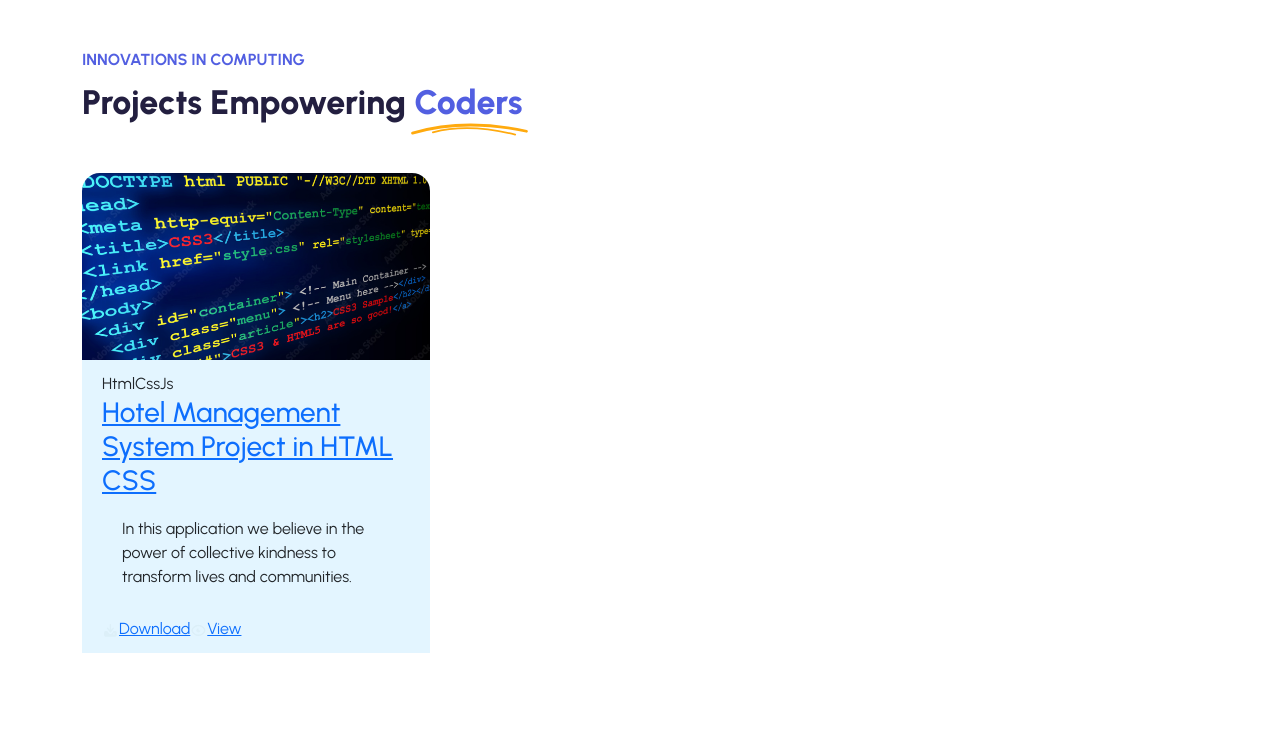
Repository: sharma171/jtccreativeideas
Page: /newsection (app in nextjssite/)
The author's editor kept a copy of each file at every save. The page is drawn from the files as they stood at one save, then again after the next save.
The browser window is 1280 px wide. The pictures show the whole page.
The project was rebuilt for these pictures with package versions that can differ from the ones it lists, and the page was loaded fresh each time. The framework's server and built-in components were replaced by stand-ins that run in the browser. Also part of the build but not shown: nextjssite/next.config.mjs.

Above is the page before, as saved 2024-03-28 12:56:11.

### nextjssite/src/app/layout.js
// import { Inter } from "next/font/google";
// import "./globals.css";
import 'bootstrap/dist/css/bootstrap.min.css';

// const inter = Inter({ subsets: ["latin"] });

export const metadata = {
  title: "Create Next App",
  description: "Generated by create next app",
};

 const RootLayout = ({ children }) => {
  return (
    <html lang="en">
      <body>
        {/* Layout UI */}
        <main>{children}</main>
      </body>
    </html>
  )
}
export default RootLayout;

### nextjssite/src/app/newsection/page.jsx
import React from 'react'
import "./page.css"
import Headicon from "./after-head-icon.svg"
import Image from 'next/image'
import Link from 'next/link'
import Projimg1 from './images/projsection1.png'
import Projimg2 from './images/projsection2.png'
import Projimg3 from './images/projsection3.png'
import Downloadicon from './images/Download-icon.svg'
import Viewicon from './images/view-icon.svg'
const Page = () => {
    return(
        <>
        <section className="projects">
            <div className="container">
                <div className="col-flex main-head">
                    <h5 class="small-head">Innovations in Computing</h5>
                    <h3 className="bghead">Projects Empowering <span>Coders
                        <Image src={Headicon}></Image></span></h3>
                </div>
                <ul className="row-flex project-cards">
                    <li>

                            <div className="card-inner">
                                <Image src={Projimg1} alt="project" className="thumb"></Image>
                                <div className="info">
                                    <div className="tech-info">
                                        <span>Html</span>
                                        <span>Css</span>
                                        <span>Js</span>
                                    </div>
                                    <Link href="/newsection">
                                    <h3 className="heading">
                                        Hotel Management System Project in HTML CSS
                                    </h3>
                                    </Link>
                                    <p className="info">
                                        In this application we believe in the power of collective kindness to transform lives and communities.
                                    </p>
                                    <div className="card-button">
                                        <a href="" className="bot-button">
                                            <Image src={Downloadicon} alt='icon'></Image>
                                            Download
                                        </a>
                                        <a href="" className="bot-button">
                                            <Image src={Viewicon} alt='icon'></Image>
                                            View
                                        </a>
                                    </div>
                                </div>
                            </div>
                    </li>
                </ul>
            </div>
        </section>
        </>
    )
}
export default Page;

### nextjssite/src/app/newsection/page.css
@import url('https://fonts.googleapis.com/css2?family=Urbanist:ital,wght@0,100..900;1,100..900&display=swap');
* {
    font-family: "Urbanist", sans-serif;
    font-optical-sizing: auto;
}

section.projects {
    padding: 50px 0;
}
.main-head .small-head {
    color: #525fe1;
    font-size: 16px;
    font-weight: 700;
    text-transform: uppercase;
}
.main-head .bghead {
    color: #231f40;
    font-size: 34px;
    line-height: 1.5em;
    font-weight: 800;
}
.main-head .bghead span {
    color: #525fe1;
    position: relative;
}
.main-head .bghead span img {
    position: absolute;
    top: 100%;
    left: -5.9999999999999964px;
    width: 122.29999999999994px;
    height: 12.600000000000012px;
}
.project-cards {
    padding: 0;
    margin: 45px 0;
    list-style: none;
}
.project-cards li {
    width: calc(33.33333333333333% - 24px);
    border-top-left-radius: 18px;
    border-top-right-radius: 18px;
    background: #E3F5FF;
}
.project-cards li .card-inner {
    display: flex;
    flex-direction: column;
    width: 100%;
    border-top-left-radius: 18px;
    border-top-right-radius: 18px;
}
.project-cards li .card-inner .thumb {
    width: 100%;
    max-width: 100%;
    height: auto;
    object-fit: cover;
    border-top-left-radius: 18px;
    border-top-right-radius: 18px;
}
.project-cards li .card-inner .info {
    padding: 12px 20px;
    display: flex;
    flex-direction: column;
}

.project-cards li .card-inner .info .tech-info {
    display: flex;
    flex-direction: row;
}

After the next save:
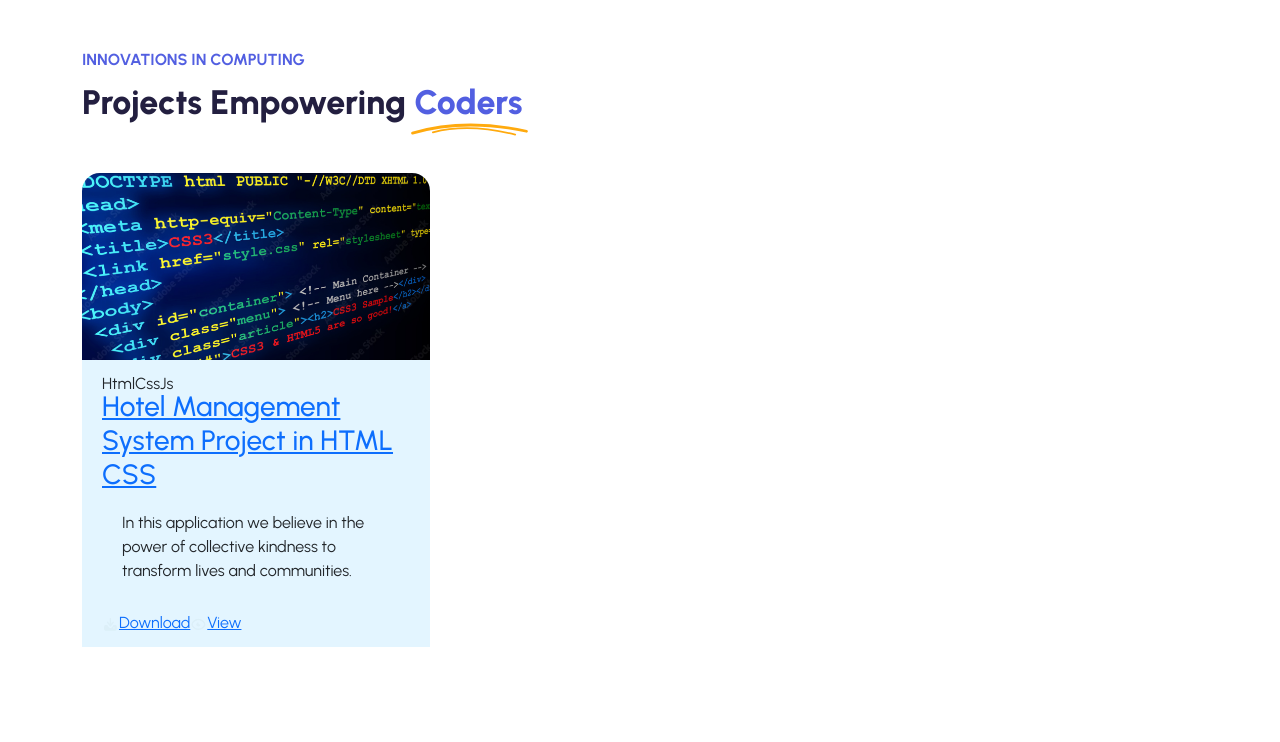
Saved 47 s later.
--- a/nextjssite/src/app/newsection/page.css
+++ b/nextjssite/src/app/newsection/page.css
@@ -66,3 +66,6 @@ section.projects {
     display: flex;
     flex-direction: row;
 }
+.project-cards li .card-inner .info .tech-info span {
+    height: 18px;
+}
